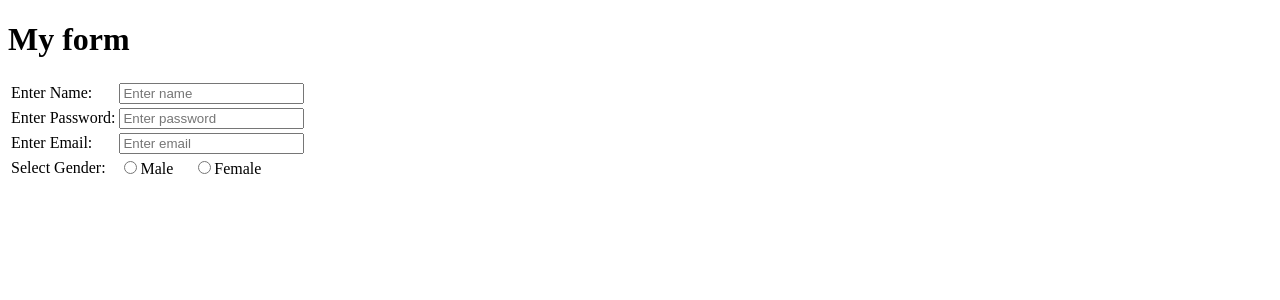
Repository: shitalshirole4044/Servlet-jsp
Page: http://localhost/test/
These files come from the project's save history. The page is drawn as it stood at one moment and after the next save; the edit follows.
The browser window is 1280 px wide. The pictures show the whole page.
The page is served by Tomcat 9. Other server files are loaded and not shown.

Above is the page before, as saved 2024-02-14 09:11:40.

### test/src/main/webapp/index.jsp
<%@ page language="java" contentType="text/html; charset=ISO-8859-1"
    pageEncoding="ISO-8859-1"%>
<!DOCTYPE html>
<html>
<head>
<meta charset="ISO-8859-1">
<title>Insert title here</title>
</head>
<body>
<div class="container">
<h1>My form</h1>
<form action="RegisteredServlet" method="post">
<table>
<tr>
<td>Enter Name:</td>
<td><input type="text" name="user_name" placeholder="Enter name"></td>
</tr>
<tr>
<td>Enter Password:</td>
<td><input type="password" name="password" placeholder="Enter password"></td>
</tr>
<tr>
<td>Enter Email:</td>
<td><input type="email" name="user_email" placeholder="Enter email"></td>
</tr>
<tr>
<td>Select Gender:</td>
<td><input type="radio" name="user_gender" value="male">Male &nbsp; &nbsp; <input type="radio" name="user_gender" value="female">Female</td>
</tr>
</table>
</form>
</div>
</body>
</html>

After the next save:
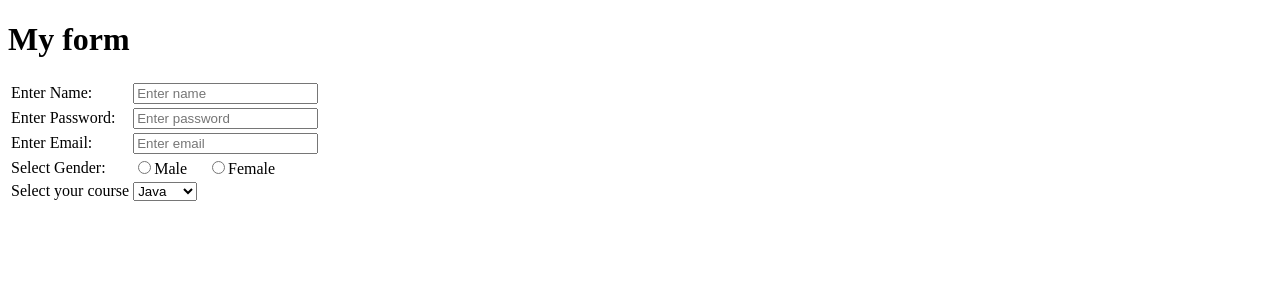
Saved 4 min 7 s later.
--- a/test/src/main/webapp/index.jsp
+++ b/test/src/main/webapp/index.jsp
@@ -27,6 +27,17 @@
 <td>Select Gender:</td>
 <td><input type="radio" name="user_gender" value="male">Male &nbsp; &nbsp; <input type="radio" name="user_gender" value="female">Female</td>
 </tr>
+</tr>
+<td>Select your course</td>
+<td>
+<select name="user_course">
+<option value="Java">Java</option>
+<option value="Cpp">Cpp</option>
+<option value="C">C</option>
+<option value="Python">Python</option>
+</select>
+</td>
+</tr>
 </table>
 </form>
 </div>
